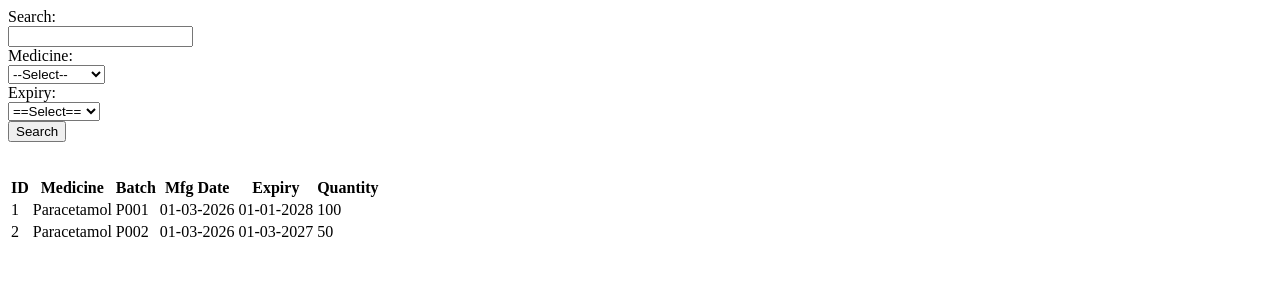
Repository: AbHiShEk200428/Medicine-Manager
Page: batch_management.html
These files come from the project's save history. The page is drawn as it stood at one moment and after the next save; the edit follows.
The browser window is 1280 px wide. The pictures show the whole page.

Above is the page before, as saved 2026-10-28 17:34:06.
Console error: ReferenceError: $ is not defined

### batch_management.html

    <div style="text-align: left;">

    <label for="Search_input">Search:</label>
    <br>
    <input type="text" id="Search_input">
<br>
    <label for="">Medicine:</label>
    <br>
    <select name="" id="Select_Medicine">
        <option value="None">--Select--</option>
        <option value="Paracetamol">Paracetamol</option>
    </select>
<br>
        <label for="Select_Expiry">Expiry:</label>
        <br>
        <select name="Expiry Status" id="Select_Expiry">
            <option value="None">==Select==</option>
            <option value="All">ALL</option>
            <option value="Normal">Normal</option>
            <option value="Near_Expiry">Near Expiry</option>
            <option value="Expired">Expired</option>
        </select>
        <br>
        <button type="button" id="Search_Btn">Search</button>
    </div>
        <br>
        <p id="Search_validity"></p>
<table id="Batch_Table">
    <thead>
        <tr>
            <th>ID</th>
            <th>Medicine</th>
            <th>Batch</th>
            <th>Mfg Date</th>
            <th>Expiry</th>
            <th>Quantity</th>
        </tr>
    </thead>
    <tbody>
        <tr>
            <td>1</td>
            <td>Paracetamol</td>
            <td>P001</td>
            <td>01-03-2026</td>
            <td>01-01-2028</td>
            <td>100</td>
        </tr>
        <tr>
            <td>2</td>
            <td>Paracetamol</td>
            <td>P002</td>
            <td>01-03-2026</td>
            <td>01-03-2027</td>
            <td>50</td>
        </tr>
    </tbody>
</table>

<script>
    $(document).ready(function(){
        $("#Search_Btn").click(function(e){
        e.preventDefault();
    let Search_input=document.getElementById("Search_input").value;
    let Medicine_input= document.getElementById("Select_Medicine").value;
    let Expiry_Status= document.getElementById("Select_Expiry").value;

    Search_input=Search_input.toLowerCase().trim();
    Medicine_input=Medicine_input.toLowerCase().trim();
    if(Search_input==""||Search_input==null){
        $("#Search_validity").text("Enter search input");
        }
    else if(Medicine_input=="None"||Medicine_input==null){
            $("#Search_validity").text("Select a medicine")
        }
    else if(Expiry_Status="None"){
        $("#Search_validity").text("Select expiry status")
    }

        $("#Batch_Table tbody tr").each(function(){

            let row_search=$(this).text().toLowerCase();

            if(row_search.includes(Search_input||Medicine_input)){
                $(this).show();
            }
            else{
                $(this).hide();
            }
        });

    });
    });
</script>

After the next save:
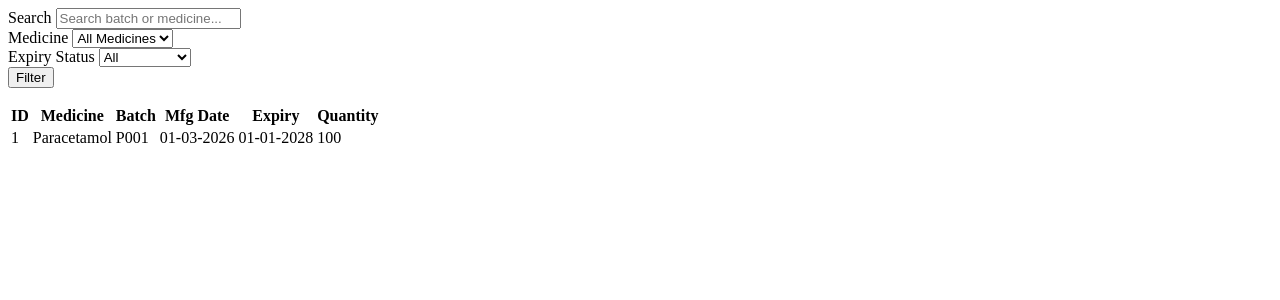
Saved 103 s later.
--- a/batch_management.html
+++ b/batch_management.html
@@ -1,61 +1,60 @@
+<div class="container py-3">
+    <!-- Filter Bar -->
+    <div class="card p-3 mb-4 shadow-sm">
+        <div class="row g-3 align-items-end">
+            <div class="col-md-4">
+                <label for="batch_search_input" class="form-label fw-semibold">Search</label>
+                <input type="search" id="batch_search_input" class="form-control focus-ring" placeholder="Search batch or medicine...">
+            </div>
+            <div class="col-md-3">
+                <label for="batch_select_medicine" class="form-label fw-semibold">Medicine</label>
+                <select id="batch_select_medicine" class="form-select focus-ring">
+                    <option value="all">All Medicines</option>
+                    <option value="paracetamol">Paracetamol</option>
+                </select>
+            </div>
+            <div class="col-md-3">
+                <label for="batch_select_expiry" class="form-label fw-semibold">Expiry Status</label>
+                <select id="batch_select_expiry" class="form-select focus-ring">
+                    <option value="all">All</option>
+                    <option value="normal">Normal</option>
+                    <option value="near_expiry">Near Expiry</option>
+                    <option value="expired">Expired</option>
+                </select>
+            </div>
+            <div class="col-md-2">
+                <button type="button" id="batch_search_btn" class="btn btn-info w-100">Filter</button>
+            </div>
+        </div>
+        <p id="batch_search_validity" class="text-danger small mt-2 mb-0"></p>
+    </div>
 
-    <div style="text-align: left;">
-
-    <label for="Search_input">Search:</label>
-    <br>
-    <input type="text" id="Search_input">
-<br>
-    <label for="">Medicine:</label>
-    <br>
-    <select name="" id="Select_Medicine">
-        <option value="None">--Select--</option>
-        <option value="Paracetamol">Paracetamol</option>
-    </select>
-<br>
-        <label for="Select_Expiry">Expiry:</label>
-        <br>
-        <select name="Expiry Status" id="Select_Expiry">
-            <option value="None">==Select==</option>
-            <option value="All">ALL</option>
-            <option value="Normal">Normal</option>
-            <option value="Near_Expiry">Near Expiry</option>
-            <option value="Expired">Expired</option>
-        </select>
-        <br>
-        <button type="button" id="Search_Btn">Search</button>
+    <!-- Table -->
+    <div class="table-responsive">
+        <table id="Batch_Table" class="table table-hover text-center text-nowrap table-bordered align-middle">
+            <thead class="table-dark">
+                <tr>
+                    <th scope="col">ID</th>
+                    <th scope="col">Medicine</th>
+                    <th scope="col">Batch</th>
+                    <th scope="col">Mfg Date</th>
+                    <th scope="col">Expiry</th>
+                    <th scope="col">Quantity</th>
+                </tr>
+            </thead>
+            <tbody>
+                <tr>
+                    <td>1</td>
+                    <td>Paracetamol</td>
+                    <td>P001</td>
+                    <td>01-03-2026</td>
+                    <td>01-01-2028</td>
+                    <td>100</td>
+                </tr>
+            </tbody>
+        </table>
     </div>
-        <br>
-        <p id="Search_validity"></p>
-<table id="Batch_Table">
-    <thead>
-        <tr>
-            <th>ID</th>
-            <th>Medicine</th>
-            <th>Batch</th>
-            <th>Mfg Date</th>
-            <th>Expiry</th>
-            <th>Quantity</th>
-        </tr>
-    </thead>
-    <tbody>
-        <tr>
-            <td>1</td>
-            <td>Paracetamol</td>
-            <td>P001</td>
-            <td>01-03-2026</td>
-            <td>01-01-2028</td>
-            <td>100</td>
-        </tr>
-        <tr>
-            <td>2</td>
-            <td>Paracetamol</td>
-            <td>P002</td>
-            <td>01-03-2026</td>
-            <td>01-03-2027</td>
-            <td>50</td>
-        </tr>
-    </tbody>
-</table>
+</div>
 
 <script>
     $(document).ready(function(){
